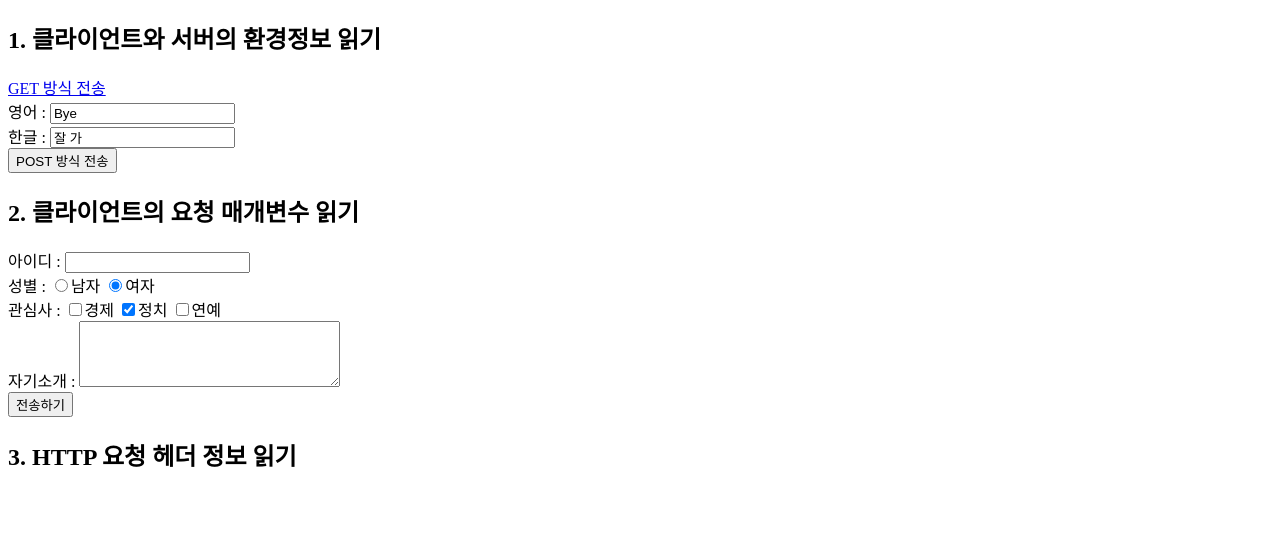
Repository: iamstudybox00/JSP_Servlet
Page: http://localhost/MustHaveJSP/02ImplicitObject/RequestMain.jsp
An editor plug-in stored every save of this project. The page is shown before and after the next save, followed by the edit.
The browser window is 1280 px wide. The pictures show the whole page.
The page is served by Tomcat 10.

Above is the page before, as saved 2025-05-02 05:54:43.

After the next save:
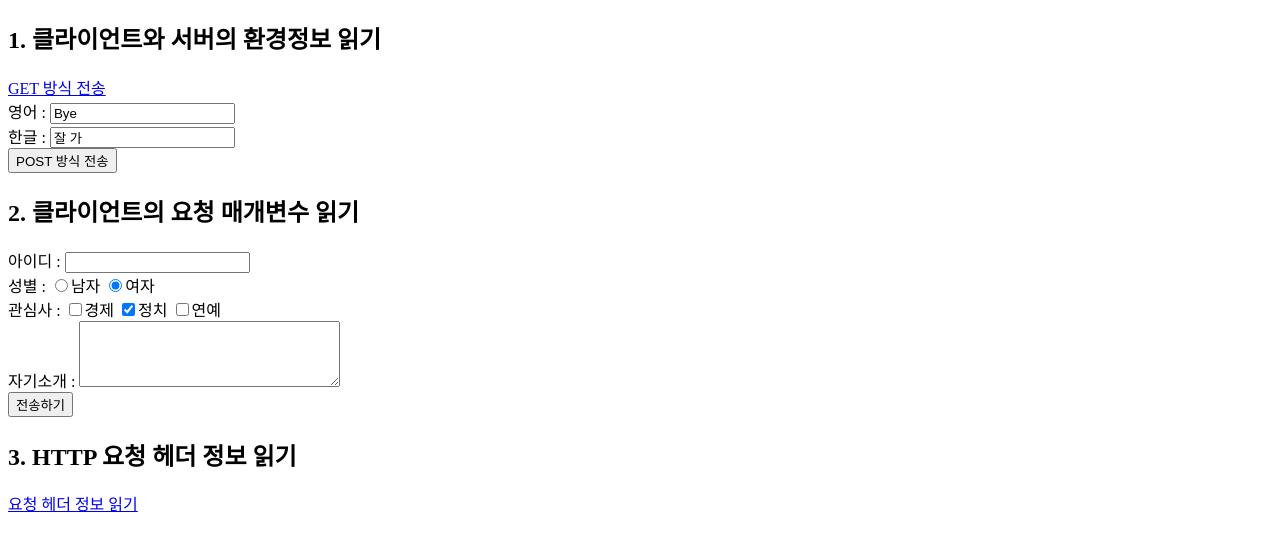
Saved 25 s later.
--- a/MustHaveJSP/src/main/webapp/02ImplicitObject/RequestMain.jsp
+++ b/MustHaveJSP/src/main/webapp/02ImplicitObject/RequestMain.jsp
@@ -36,6 +36,8 @@
 		</form>
 
 		<h2>3. HTTP 요청 헤더 정보 읽기</h2>
-		<a href="RequestHeader.jsp"
+		<a href="RequestHeader.jsp">
+			요청 헤더 정보 읽기
+		</a>
 	</body>
 </html>
